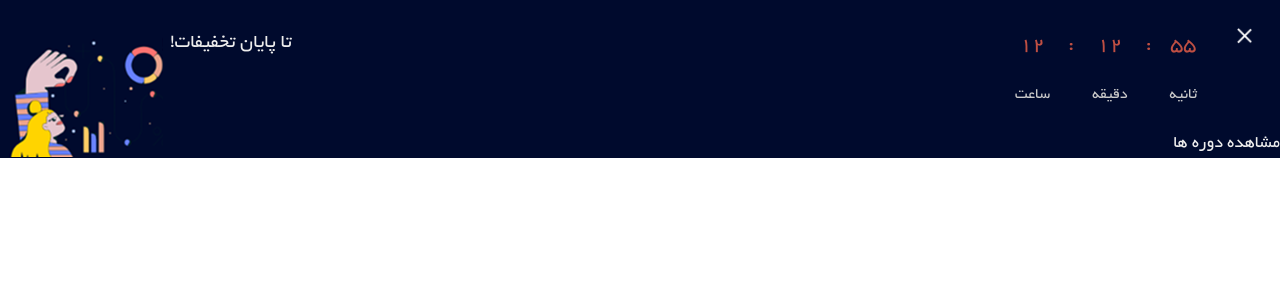
Repository: sinafath/fradars
Page: /
An editor plug-in stored every save of this project. The page is shown before and after the next save, followed by the edit.
The browser window is 1280 px wide. The pictures show the whole page.
The project was rebuilt for these pictures with package versions that can differ from the ones it lists, and the page was loaded fresh each time. The framework's server and built-in components were replaced by stand-ins that run in the browser. Also part of the build but not shown: next.config.ts.

Above is the page before, as saved 2025-09-21 18:12:57.

### src/app/layout.tsx
import type { Metadata } from "next";
import localFont from 'next/font/local'

const myFont = localFont({
  src: '../../public/yekan.ttf',
})
import "./globals.css";


export const metadata: Metadata = {
  title: "Fradars",
  description: "tutoring website",
};

export default function RootLayout({
  children,
}: Readonly<{
  children: React.ReactNode;
}>) {
  return (
    <html lang="fa" dir="rtl" className={myFont.className}>
      <body
      >
        {children}
      </body>
    </html>
  );
}

### src/app/page.tsx
import { Center, Column, Row } from "@/components/core";
import Image from "next/image";

export default function Home() {
  return (
    <div>
      <div className="w-full relative bg-[#000A2D] h-[158px]">
        <Image
          aria-hidden
          className="absolute left-0"
          src="/1.png"
          alt="File icon"
          width={163}
          height={157}
        />
        <Image
          aria-hidden
          className="absolute top-[28px] start-[28px]"
          src="/2.png"
          alt="File icon"
          width={15}
          height={15}
        />
        <Row className="top-[30px] absolute start-[83px] gap-[18px]" align="start" >
          <Column className="gap-[20px] text-center">
            <span className="text-[22px] text-[#BF4F43]">۵۵</span>
            <span className="text-[#C9C9C9] text-[16px]">ثانیه</span>
          </Column >
          <span className="text-[22px] text-[#BF4F43]">:</span>
          <Column className="gap-[20px] text-center">
            <span className="text-[22px] text-[#BF4F43]">۱۲</span>
            <span className="text-[#C9C9C9] text-[16px]">دقیقه</span>
          </Column >
          <span className="text-[22px] text-[#BF4F43]">:</span>
          <Column className="gap-[20px] text-center">
            <span className="text-[22px] text-[#BF4F43]">۱۲</span>
            <span className="text-[#C9C9C9] text-[16px]">ساعت</span>
          </Column >

        </Row>
        <p className=" absolute top-[29px] end-[170px] text-[#EDEDED] text-[20px]">تا پایان تخفیفات!</p>
        <Center className="absolute bottom-0 text-[18px] text-[#EDEDED]">مشاهده دوره ها</Center>
      </div>
    </div>
  );
}

### src/components/core.tsx
import { cn } from "@/lib/utils";
import { ReactNode } from "react";

type AlignItems = 'start' | 'center' | 'end' | 'baseline' | 'stretch';
type JustifyContent = 'start' | 'center' | 'end' | 'between' | 'around' | 'evenly';

interface FlexProps {
    children?: ReactNode;
    className?: string;
    align?: AlignItems;
    justify?: JustifyContent;
}

const alignClasses: Record<AlignItems, string> = {
    start: 'items-start',
    center: 'items-center',
    end: 'items-end',
    baseline: 'items-baseline',
    stretch: 'items-stretch',
};

const justifyClasses: Record<JustifyContent, string> = {
    start: 'justify-start',
    center: 'justify-center',
    end: 'justify-end',
    between: 'justify-between',
    around: 'justify-around',
    evenly: 'justify-evenly',
};

interface CenterProps {
    children: ReactNode;
    className?: string;
}

function Center({ children, className }: CenterProps) {
    return (
        <div className={cn('flex items-center justify-center', className)}>
            {children}
        </div>
    );
}

function Row({
    children,
    className,
    align = 'center',
    justify = 'start',
    ...props
}: FlexProps) {
    return (
        <div
            className={cn('flex flex-row', alignClasses[align], justifyClasses[justify], className)}
            {...props}
        >
            {children}
        </div>
    );
}

function Column({
    children,
    className,
    align = 'center',
    justify = 'start',
    ...props
}: FlexProps) {
    return (
        <div
            className={cn('flex flex-col', alignClasses[align], justifyClasses[justify], className)}
            {...props}
        >
            {children}
        </div>
    );
}

export { Column, Center, Row };

Loaded but not shown: src/app/globals.css (common file); src/lib/utils.ts (common file)

After the next save:
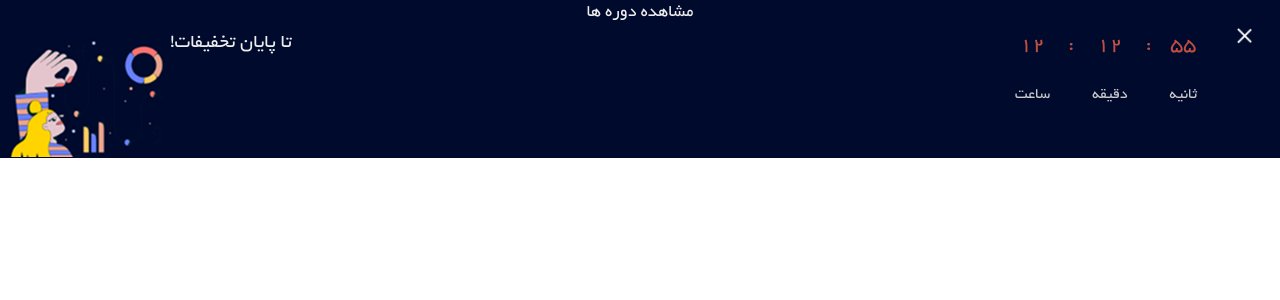
Saved 12 s later.
--- a/src/app/page.tsx
+++ b/src/app/page.tsx
@@ -39,7 +39,7 @@
 
         </Row>
         <p className=" absolute top-[29px] end-[170px] text-[#EDEDED] text-[20px]">تا پایان تخفیفات!</p>
-        <Center className="absolute bottom-0 text-[18px] text-[#EDEDED]">مشاهده دوره ها</Center>
+        <Center className=" wabsolute bottom-0 text-[18px] text-[#EDEDED]">مشاهده دوره ها</Center>
       </div>
     </div>
   );

After the 4 saves that followed:
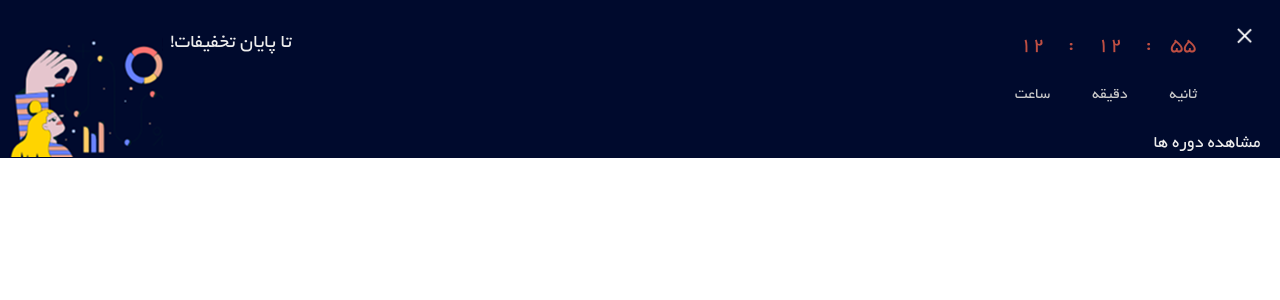
The 4 saves are shown as one change because they came seconds apart.
The last was saved 9 s later.
--- a/src/app/page.tsx
+++ b/src/app/page.tsx
@@ -39,7 +39,7 @@
 
         </Row>
         <p className=" absolute top-[29px] end-[170px] text-[#EDEDED] text-[20px]">تا پایان تخفیفات!</p>
-        <Center className=" wabsolute bottom-0 text-[18px] text-[#EDEDED]">مشاهده دوره ها</Center>
+        <Center className=" w-[146px] absolute bottom-0 text-[18px] text-[#EDEDED]">مشاهده دوره ها</Center>
       </div>
     </div>
   );
